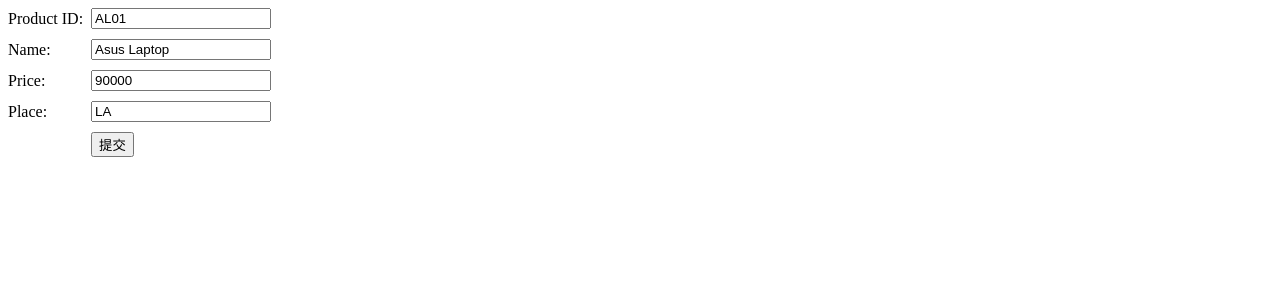
Repository: chofong1999/workspace202607
Page: mvweb0716/src/main/webapp/product.html
An editor plug-in stored every save of this project. The page is shown before and after the next save, followed by the edit.
The browser window is 1280 px wide. The pictures show the whole page.

Above is the page before, as saved 2026-07-16 02:53:38.

### mvweb0716/src/main/webapp/product.html
<!DOCTYPE html>
<html>
<head>
<meta charset="UTF-8">
<title>Product Form</title>

<style>
.product-form {
    display: grid;

    /* 第一欄自動配合最長標題，第二欄是輸入框 */
    grid-template-columns: max-content 180px;

    gap: 10px 8px;
    align-items: center;
    width: max-content;
}

.product-form input {
    width: 100%;
    box-sizing: border-box;
}

.product-form button {
    grid-column: 2;
    justify-self: start;
}
</style>
</head>

<body>

<form action="product.jsp" method="post" class="product-form">

    Product ID:<br>
    <input type="text" name="product_id" value="AL01">

    Name:<br>
    <input type="text" name="product_name" value="Asus Laptop">

    Price:<br>
    <input type="text" name="price" value="90000">

    Place:<br>
    <input type="text" name="place" value="LA">

    <button type="submit">提交</button>

</form>

</body>
</html>

After the next save:
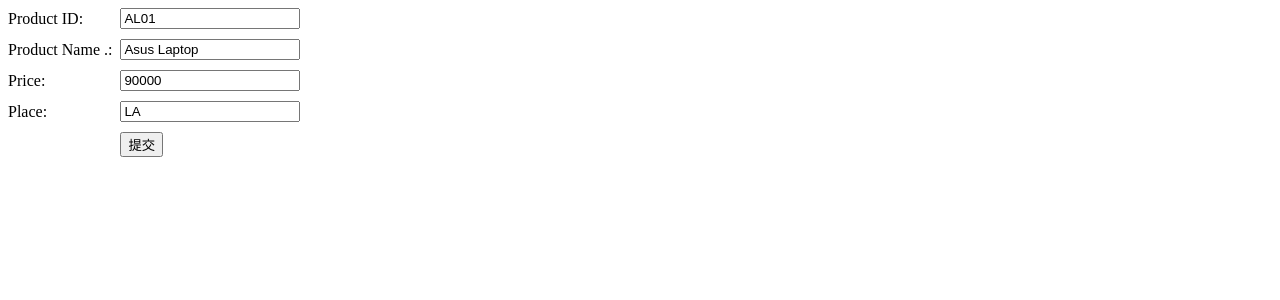
Saved 23 s later.
--- a/mvweb0716/src/main/webapp/product.html
+++ b/mvweb0716/src/main/webapp/product.html
@@ -35,7 +35,7 @@
     Product ID:<br>
     <input type="text" name="product_id" value="AL01">
 
-    Name:<br>
+    Product Name                       .:<br>
     <input type="text" name="product_name" value="Asus Laptop">
 
     Price:<br>
